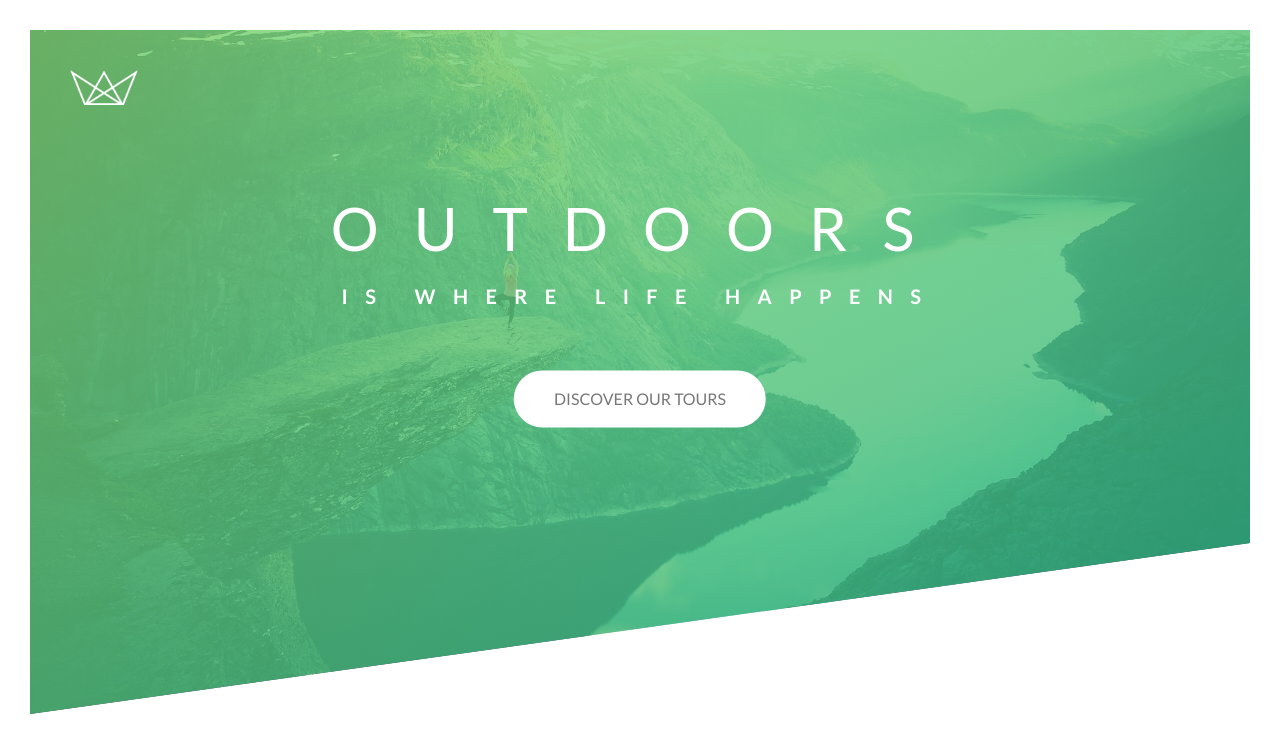
Repository: taivuong95/natours-fe
Page: index.html
The author's editor kept a copy of each file at every save. The page is drawn from the files as they stood at one save, then again after the next save.
The browser window is 1280 px wide. The pictures show the whole page.
The pointer rests on the first visible `.btn`.

Above is the page before, as saved 2020-12-09 16:18:56.

After the next save:
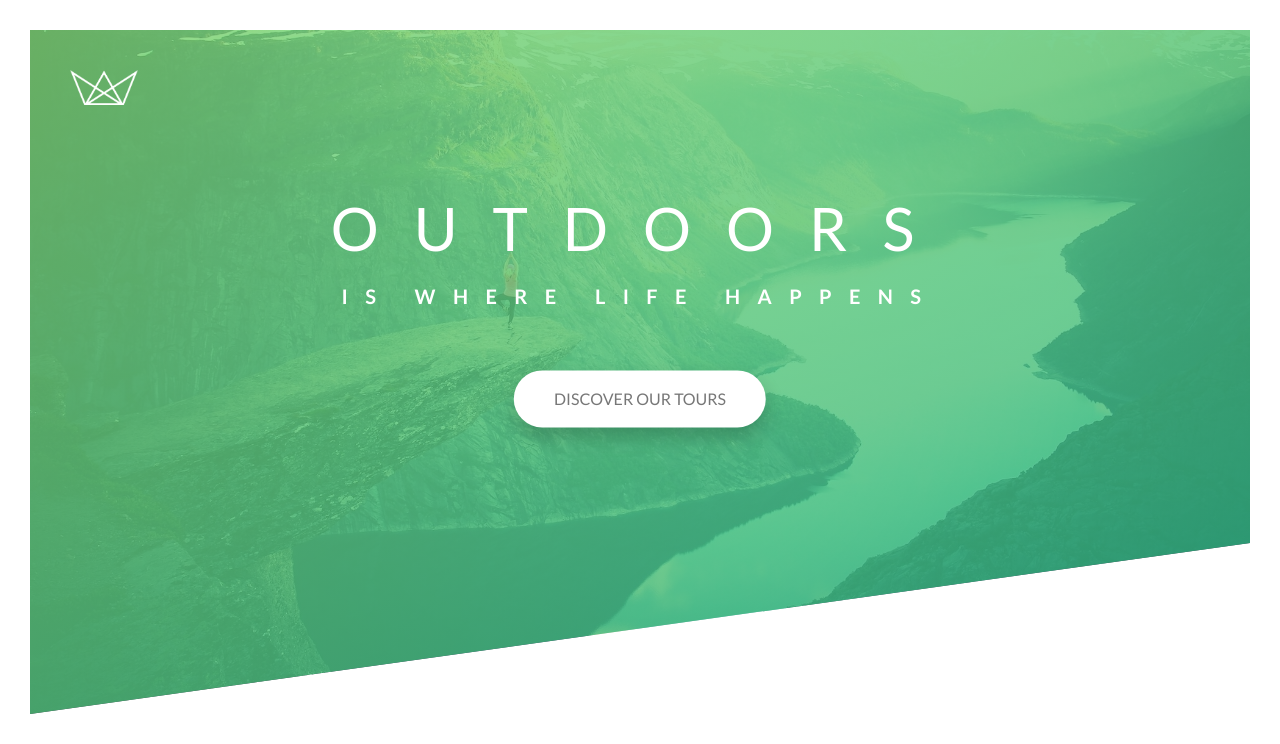
Saved 2 min 0 s later.
--- a/css/style.css
+++ b/css/style.css
@@ -125,6 +125,7 @@ body {
 
 .btn:hover {
   transform: translateY(-3px);
+  box-shadow: 0 10px 20px rgba(0, 0, 0, 0.2);
 }
 
 .btn:active {
